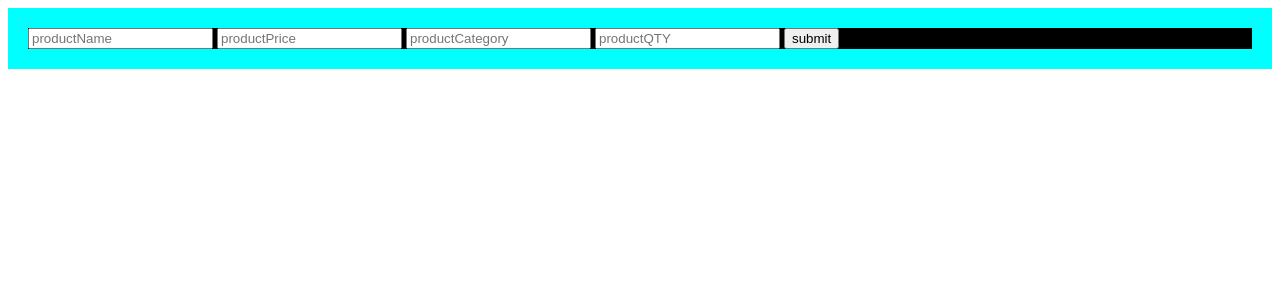
Repository: AbhishekPawshekar/Hibernate-Notes
Page: Convert_DynamicWebApplication_to_Maven/src/main/webapp/index.html
These files come from the project's save history. The page is drawn as it stood at one moment and after the next save; the edit follows.
The browser window is 1280 px wide. The pictures show the whole page.

Above is the page before, as saved 2024-03-16 04:14:51.

After the next save:
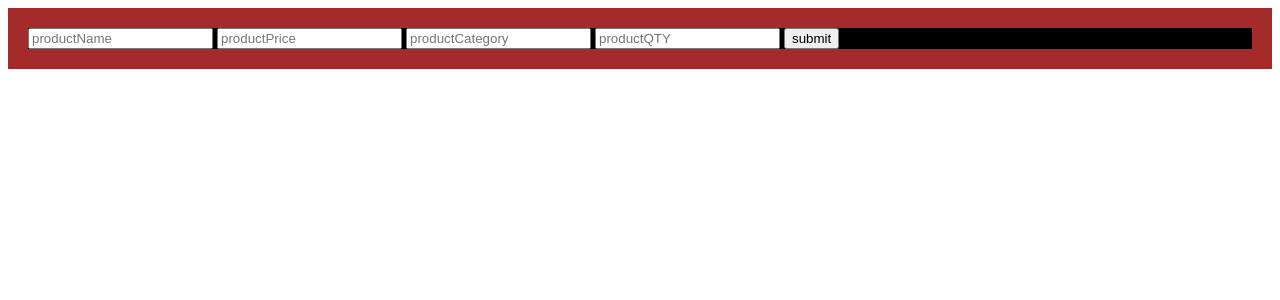
Saved 12 s later.
--- a/Convert_DynamicWebApplication_to_Maven/src/main/webapp/index.html
+++ b/Convert_DynamicWebApplication_to_Maven/src/main/webapp/index.html
@@ -6,7 +6,7 @@
 </head>
 <body>
 
-<form action="productinfo" method="" style=" background:black;color:white;border:20px solid aqua; align-items:center;">
+<form action="productinfo" method="" style=" background:black;color:white;border:20px solid brown; align-items:center;">
 <input type="text" placeholder="productName" name="pn"/>
 <input type="number" placeholder="productPrice" name="pp"/>
 <input type="text" placeholder="productCategory" name="pc"/>
